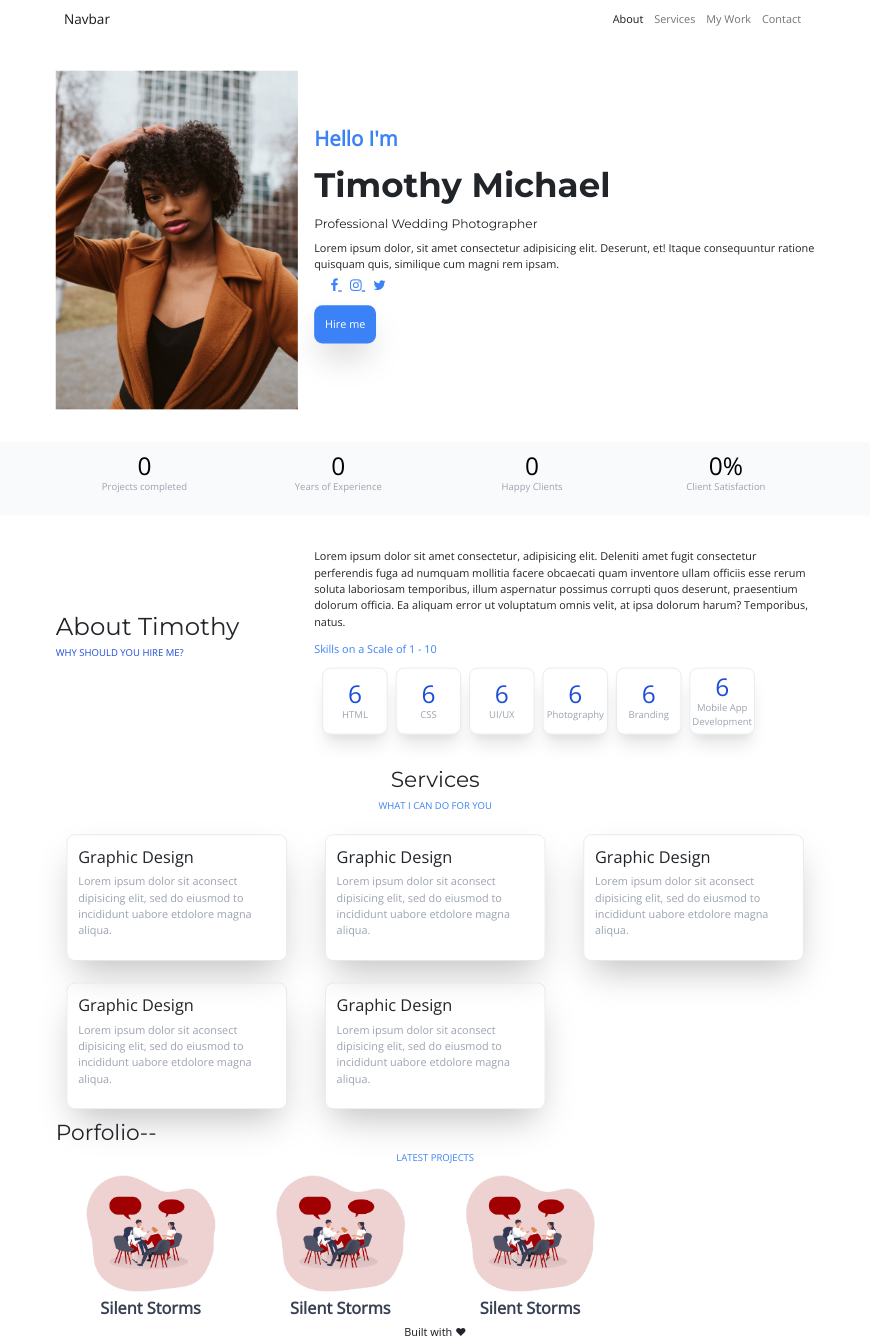
Repository: latenightsnacc/giggles
Page: HTML/freelancer.html
An editor plug-in stored every save of this project. The page is shown before and after the next save, followed by the edit.
The browser window is 1280 px wide. The pictures show the whole page, at 68% of full size.
Some web libraries are served in a nearby version.

Above is the page before, as saved 2021-01-03 16:48:40.

### HTML/freelancer.html
<!DOCTYPE html>
<html lang="en">
<head>
    <meta charset="UTF-8">
    <meta name="viewport" content="width=device-width, initial-scale=1.0">
    <link href="https://cdnjs.cloudflare.com/ajax/libs/tailwindcss/2.0.2/tailwind.min.css" rel="stylesheet">
    <link rel="stylesheet" href="https://stackpath.bootstrapcdn.com/font-awesome/4.7.0/css/font-awesome.min.css" />
    <link href="https://cdn.jsdelivr.net/npm/bootstrap@5.0.0-beta1/dist/css/bootstrap.min.css" rel="stylesheet" integrity="sha384-giJF6kkoqNQ00vy+HMDP7azOuL0xtbfIcaT9wjKHr8RbDVddVHyTfAAsrekwKmP1" crossorigin="anonymous">
    <link rel="stylesheet" href="stylesheet.css">
    <title>Freelancer Page</title>
</head>
<body class="overflow-x-hidden">
    <header class="container">
        <nav class="navbar navbar-expand-lg navbar-light bg-white">
            <div class="container-fluid">
              <a class="navbar-brand" href="#">Navbar</a>
              <button class="navbar-toggler" type="button" data-bs-toggle="collapse" data-bs-target="#navbarNavDropdown" aria-controls="navbarNavDropdown" aria-expanded="false" aria-label="Toggle navigation">
                <span class="navbar-toggler-icon"></span>
              </button>
              <div class="collapse navbar-collapse" id="navbarNavDropdown">
                <ul class="navbar-nav ml-auto">
                  <li class="nav-item">
                    <a class="nav-link active" aria-current="page" href="#">About</a>
                  </li>
                  <li class="nav-item">
                    <a class="nav-link" href="#">Services</a>
                  </li>
                  <li class="nav-item">
                    <a class="nav-link" href="#">My Work</a>
                  </li>
                  <li class="nav-item">
                    <a class="nav-link" href="#">Contact</a>
                  </li>
                  <!-- <li class="nav-item dropdown">
                    <a class="nav-link dropdown-toggle" href="#" id="navbarDropdownMenuLink" role="button" data-bs-toggle="dropdown" aria-expanded="false">
                      Dropdown link
                    </a>
                    <ul class="dropdown-menu" aria-labelledby="navbarDropdownMenuLink">
                      <li><a class="dropdown-item" href="#">Action</a></li>
                      <li><a class="dropdown-item" href="#">Another action</a></li>
                      <li><a class="dropdown-item" href="#">Something else here</a></li>
                    </ul>
                  </li> -->
                </ul>
              </div>
            </div>
        </nav>
    </header>
    <main>
        <!--User Banner-->
        <div class="container mt-5">
            <div class="row flex items-center h-auto">
                <div class="col-sm-12 col-md-4 col-lg-4 col-xl-4">
                    <img src="assets/userDp.jpg" alt="Profile Picture">
                </div>
                <div class="col-sm-12 col-md-8 col-lg-8 col-xl-8">
                    <div class="user-info">
                        <span class="semi-bold text-blue-500 py-10">Hello I'm</span>
                        <h1>Timothy Michael</h1>
                        <h2>Professional Wedding Photographer</h2>
                        <p>Lorem ipsum dolor, sit amet consectetur adipisicing elit. Deserunt, et! Itaque consequuntur ratione quisquam quis, similique cum magni rem ipsam.</p>
                        <div class="container">
                            <a href="#" class="text-xl mr-auto text-blue-500 hover:text-blue-700">
                                <i class="fa fa-facebook-f"></i>
                            </a>
                            <a href="#" class="text-xl ml-3 text-blue-500 hover:text-blue-700">
                                <i class="fa fa-instagram"></i>
                            </a>
                            <a href="#" class="text-xl ml-3 text-blue-500 hover:text-blue-700">
                                <i class="fa fa-twitter"></i>
                            </a>
                        </div>
                        <button class="bg-blue-500 hover:bg-blue-700 text-white p-3 semi-bold rounded-xl shadow-2xl my-3">Hire me</button>
                    </div>
                </div>
            </div>
        </div>
        <!--User Statisitics-->
        <div class="stats w-full bg-gray-50 flex items-center h-auto py-3 mt-5">
            <div class="container">
                <div class="row">
                    <div class="stat-box col text-center">
                        <div class="bold text-4xl text-black">0</div>
                        <p class="text-sm text-gray-400">Projects completed</p>

                    </div>
                    <div class="stat-box col text-center">
                        <div class="bold text-4xl text-black">0</div>
                        <p class="text-sm text-gray-400">Years of Experience</p>
                    </div>
                    <div class="stat-box col text-center">
                        <div class="bold text-4xl text-black">0</div>
                        <p class="text-sm text-gray-400">Happy Clients</p>
                    </div>
                    <div class="stat-box col text-center">
                        <div class="bold text-4xl text-black">0%</div>
                        <p class="text-sm text-gray-400">Client Satisfaction</p>
                    </div>
                </div>
            </div>
        </div>
        <!--About User-->
        <div class="container">
            <div class="row h-auto flex flex-row items-center">
                <div class="col-sm-12 col-md-6 col-lg-4 col-xl-4 pt-5">
                    <h3 class="text-4xl">About Timothy</h3>
                    <p class="text-sm text-blue-700 uppercase semi-bold">Why should you hire me?</p>
                </div>
                <div class="col-sm-12 col-md-6 col-lg-8 col-xl-8 pt-5">
                    <p>Lorem ipsum dolor sit amet consectetur, adipisicing elit. Deleniti amet fugit consectetur perferendis fuga ad numquam mollitia facere obcaecati quam inventore ullam officiis esse rerum soluta laboriosam temporibus, illum aspernatur possimus corrupti quos deserunt, praesentium dolorum officia. Ea aliquam error ut voluptatum omnis velit, at ipsa dolorum harum? Temporibus, natus.</p>
                    <span class="bold text-blue-500">Skills on a Scale of 1 - 10</span>
                    <div class="d-flex flex-wrap">
                        <div class="skill-box shadow-xl max-w-sm w-24 p-2 ml-3 mt-3 border border-gray-100 rounded-xl flex flex-col items-center justify-center text-center">

                            <span class="text-blue-700 bold text-4xl">6</span>
                            <div class="text-sm text-gray-400">HTML</div>
                        </div>
                        <div class="skill-box shadow-xl max-w-sm w-24 p-2 ml-3 mt-3 border border-gray-100 rounded-xl flex flex-col items-center justify-center text-center">

                            <span class="text-blue-700 bold text-4xl">6</span>
                            <div class="text-sm text-gray-400">CSS</div>
                        </div>
                        <div class="skill-box shadow-xl max-w-sm w-24 p-2 ml-3 mt-3 border border-gray-100 rounded-xl flex flex-col items-center justify-center text-center">

                            <span class="text-blue-700 bold text-4xl">6</span>
                            <div class="text-sm text-gray-400">UI/UX</div>
                        </div>
                        <div class="skill-box shadow-xl max-w-sm w-24 p-2 ml-3 mt-3 border border-gray-100 rounded-xl flex flex-col items-center justify-center text-center">

                            <span class="text-blue-700 bold text-4xl">6</span>
                            <div class="text-sm text-gray-400">Photography</div>
                        </div>
                        <div class="skill-box shadow-xl max-w-sm w-24 p-2 ml-3 mt-3 border border-gray-100 rounded-xl flex flex-col items-center justify-center text-center">

                            <span class="text-blue-700 bold text-4xl">6</span>
                            <div class="text-sm text-gray-400">Branding</div>
                        </div>
                        <div class="skill-box shadow-xl max-w-sm w-24 p-2 ml-3 mt-3 border border-gray-100 rounded-xl flex flex-col items-center justify-center text-center">

                            <span class="text-blue-700 bold text-4xl">6</span>
                            <div class="text-sm text-gray-400">Mobile App Development</div>
                        </div>
                    </div>
                </div>
            </div>
        </div>
        <!--Services User Provides-->
        <div class="container mt-5">
            <h2 class="text-center">Services</h2>
            <p class="text-blue-500 text-sm uppercase text-center uppercase">What I can do for you</p>
            <div class="row">
                <div class="col-xs-12 col-sm-12 col-md-3 col-lg-3 col-xl-4">
                    <div class="max-w-sm shadow-2xl border border-blue-300 rounded-xl p-3 m-3 hover:bg-blue-500 hover:text-white">
                        <div class="service-title text-2xl bold  pb-2">Graphic Design</div>
                        <p class="text-md text-gray-400 hover:text-gray-50">Lorem ipsum dolor sit aconsect dipisicing elit, sed do eiusmod to incididunt uabore etdolore magna aliqua.</p>
                    </div>
                </div>
                <div class="col-xs-12 col-sm-12 col-md-3 col-lg-3 col-xl-4">
                    <div class="max-w-sm shadow-2xl border border-blue-300 rounded-xl p-3 m-3 hover:bg-blue-500 hover:text-white">
                        <div class="service-title text-2xl bold  pb-2">Graphic Design</div>
                        <p class="text-md text-gray-400 hover:text-gray-50">Lorem ipsum dolor sit aconsect dipisicing elit, sed do eiusmod to incididunt uabore etdolore magna aliqua.</p>
                    </div>
                </div>
                <div class="col-xs-12 col-sm-12 col-md-3 col-lg-3 col-xl-4">
                    <div class="max-w-sm shadow-2xl border border-blue-300 rounded-xl p-3 m-3 hover:bg-blue-500 hover:text-white">
                        <div class="service-title text-2xl bold  pb-2">Graphic Design</div>
                        <p class="text-md text-gray-400 hover:text-gray-50">Lorem ipsum dolor sit aconsect dipisicing elit, sed do eiusmod to incididunt uabore etdolore magna aliqua.</p>
                    </div>
                </div>
                <div class="col-xs-12 col-sm-12 col-md-3 col-lg-3 col-xl-4">
                    <div class="max-w-sm shadow-2xl border border-blue-300 rounded-xl p-3 m-3 hover:bg-blue-500 hover:text-white">
                        <div class="service-title text-2xl bold  pb-2">Graphic Design</div>
                        <p class="text-md text-gray-400 hover:text-gray-50">Lorem ipsum dolor sit aconsect dipisicing elit, sed do eiusmod to incididunt uabore etdolore magna aliqua.</p>
                    </div>
                </div>
                <div class="col-xs-12 col-sm-12 col-md-3 col-lg-3 col-xl-4">
                    <div class="max-w-sm shadow-2xl border border-blue-300 rounded-xl p-3 m-3 hover:bg-blue-500 hover:text-white">
                        <div class="service-title text-2xl bold  pb-2">Graphic Design</div>
                        <p class="text-md text-gray-400 hover:text-gray-50">Lorem ipsum dolor sit aconsect dipisicing elit, sed do eiusmod to incididunt uabore etdolore magna aliqua.</p>
                    </div>
                </div>
            </div>

        </div>
        <!--Gallery / User Porfolio-->
        <div class="container">
            <h2 class="">Porfolio--</h2>
            <p class="text-blue-500 text-sm uppercase text-center uppercase">Latest Projects</p>
            <div class="row mx-auto">
                <div class="col-xs-12 col-sm-12 col-md-6 col-lg-3 col-xl-3">
                    <a href="#" class="no-underline text-center flex flex-col items-center">
                        <img src="assets/brainstorming_session__monochromatic.jpg" alt="latest project" />
                        <div class="title-project text-gray-700 bold text-2xl  font-semibold hover:text-blue-500 py-2">Silent Storms</div>
                    </a>
                </div>
                <div class="col-xs-12 col-sm-12 col-md-6 col-lg-3 col-xl-3">
                    <a href="#" class="no-underline text-center flex flex-col items-center">
                        <img src="assets/brainstorming_session__monochromatic.jpg" alt="latest project" />
                        <div class="title-project text-gray-700 bold text-2xl  font-semibold hover:text-blue-500 py-2">Silent Storms</div>
                    </a>
                </div>
                <div class="col-xs-12 col-sm-12 col-md-6 col-lg-3 col-xl-3">
                    <a href="#" class="no-underline text-center flex flex-col items-center">
                        <img src="assets/brainstorming_session__monochromatic.jpg" alt="latest project" />
                        <div class="title-project text-gray-700 bold text-2xl  font-semibold hover:text-blue-500 py-2">Silent Storms</div>
                    </a>
                </div>
            </div>
        </div>
    </main>
    <footer class="text-center">Built with &hearts; </footer>
    <script src="https://cdn.jsdelivr.net/npm/bootstrap@5.0.0-beta1/dist/js/bootstrap.bundle.min.js" integrity="sha384-ygbV9kiqUc6oa4msXn9868pTtWMgiQaeYH7/t7LECLbyPA2x65Kgf80OJFdroafW" crossorigin="anonymous"></script>

</body>
</html>

### HTML/stylesheet.css
@import url('https://fonts.googleapis.com/css2?family=Montserrat:wght@400;700&family=Open+Sans:wght@300;400&display=swap');

h1, h2, h3, h4, h5, h6 {
    font-family: 'Montserrat', sans-serif;
}
.user-info h1 {
    line-height: 60px;
    font-size: 50px;
    font-weight: 700;
    margin-top: 20px;
}
.user-info h2 {
    line-height: 27px;
    font-size: 18px;
    font-weight: 400;
    margin-top: 15px;
}
.user-info span {
    line-height: 36px;
    font-size: 30px;
    font-weight: 600;
}
.user-info p {
    margin: 5px 0;
}
.user-info button {
    margin-top: 10px;
}
p, div, a, button {
    font-family: 'Open Sans', sans-serif;
    font-weight: 300;
}

After the next save:
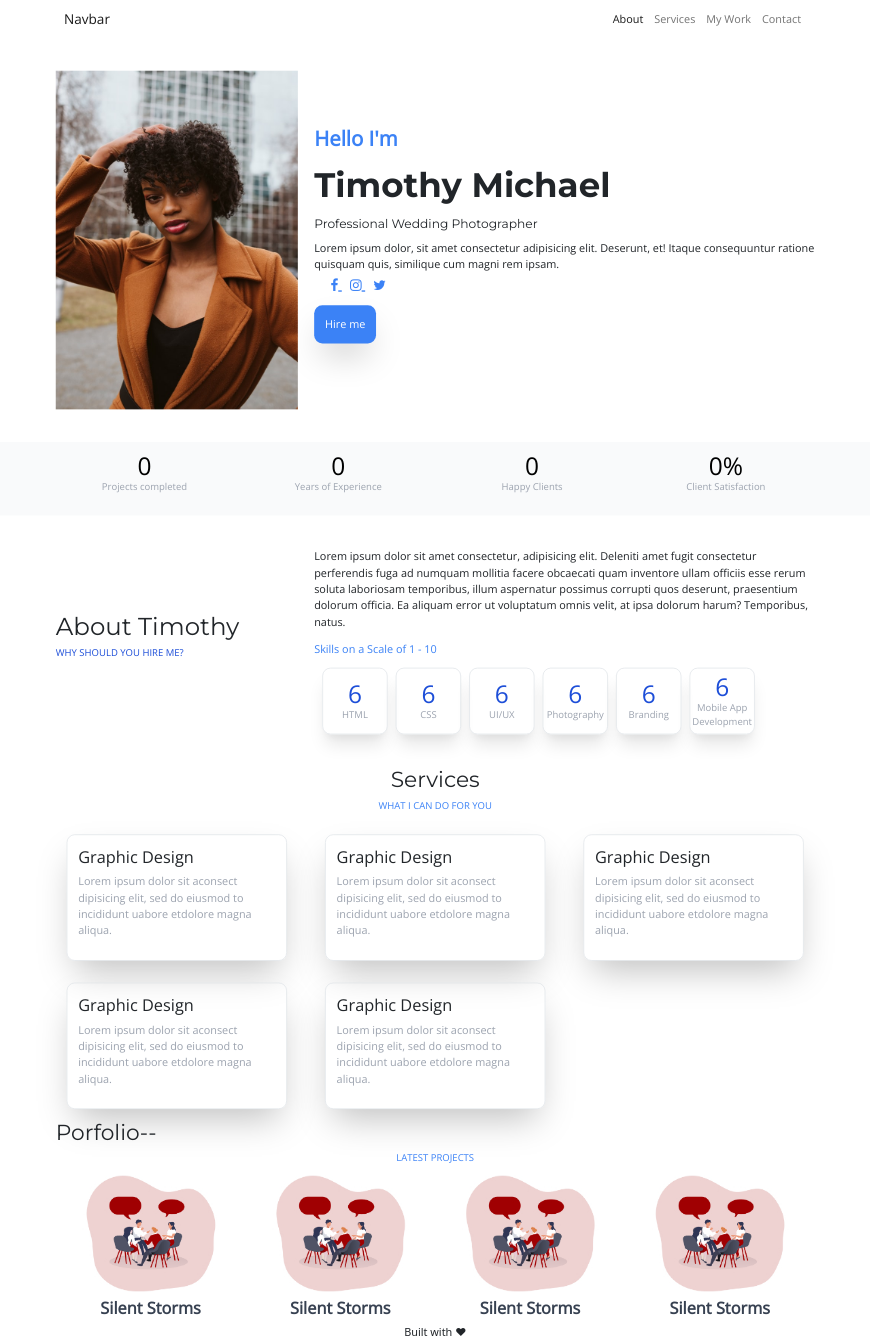
Saved 10 s later.
--- a/HTML/freelancer.html
+++ b/HTML/freelancer.html
@@ -205,6 +205,12 @@
                         <div class="title-project text-gray-700 bold text-2xl  font-semibold hover:text-blue-500 py-2">Silent Storms</div>
                     </a>
                 </div>
+                <div class="col-xs-12 col-sm-12 col-md-6 col-lg-3 col-xl-3">
+                    <a href="#" class="no-underline text-center flex flex-col items-center">
+                        <img src="assets/brainstorming_session__monochromatic.jpg" alt="latest project" />
+                        <div class="title-project text-gray-700 bold text-2xl  font-semibold hover:text-blue-500 py-2">Silent Storms</div>
+                    </a>
+                </div>
             </div>
         </div>
     </main>
